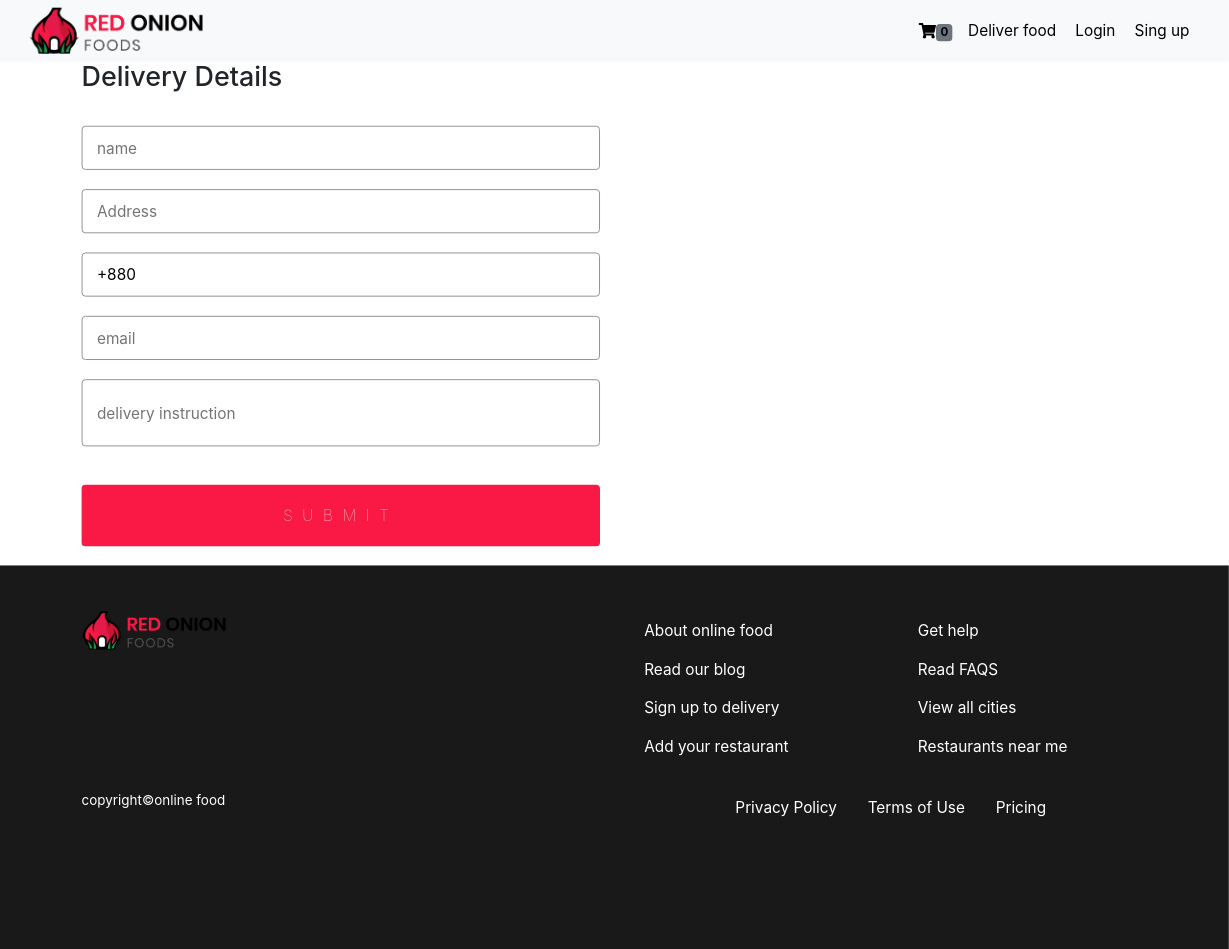
Repository: arif286/red-onion-client
Page: /cart
These files come from the project's save history. The page is drawn as it stood at one moment and after the next save; the edit follows.
The browser window is 1280 px wide. The pictures show the whole page, at 96% of full size.
The project was rebuilt for these pictures with package versions that can differ from the ones it lists, and the page was loaded fresh each time. Some packages were replaced by stand-ins written for this rebuild. Also part of the build but not shown: src/App.css, src/components/SearchBar/SearchBar.css, src/components/SearchBar/SearchBar.js, src/components/FoodDetails/FoodDetail.css, src/components/FoodDetails/FoodDetail.js, src/components/DeliveryFood/DeliveryFood.js, src/components/Food/Food.css, src/components/Food/FoodItem.js and 9 more.

Above is the page before, as saved 2021-03-30 16:31:59.

After the next save:
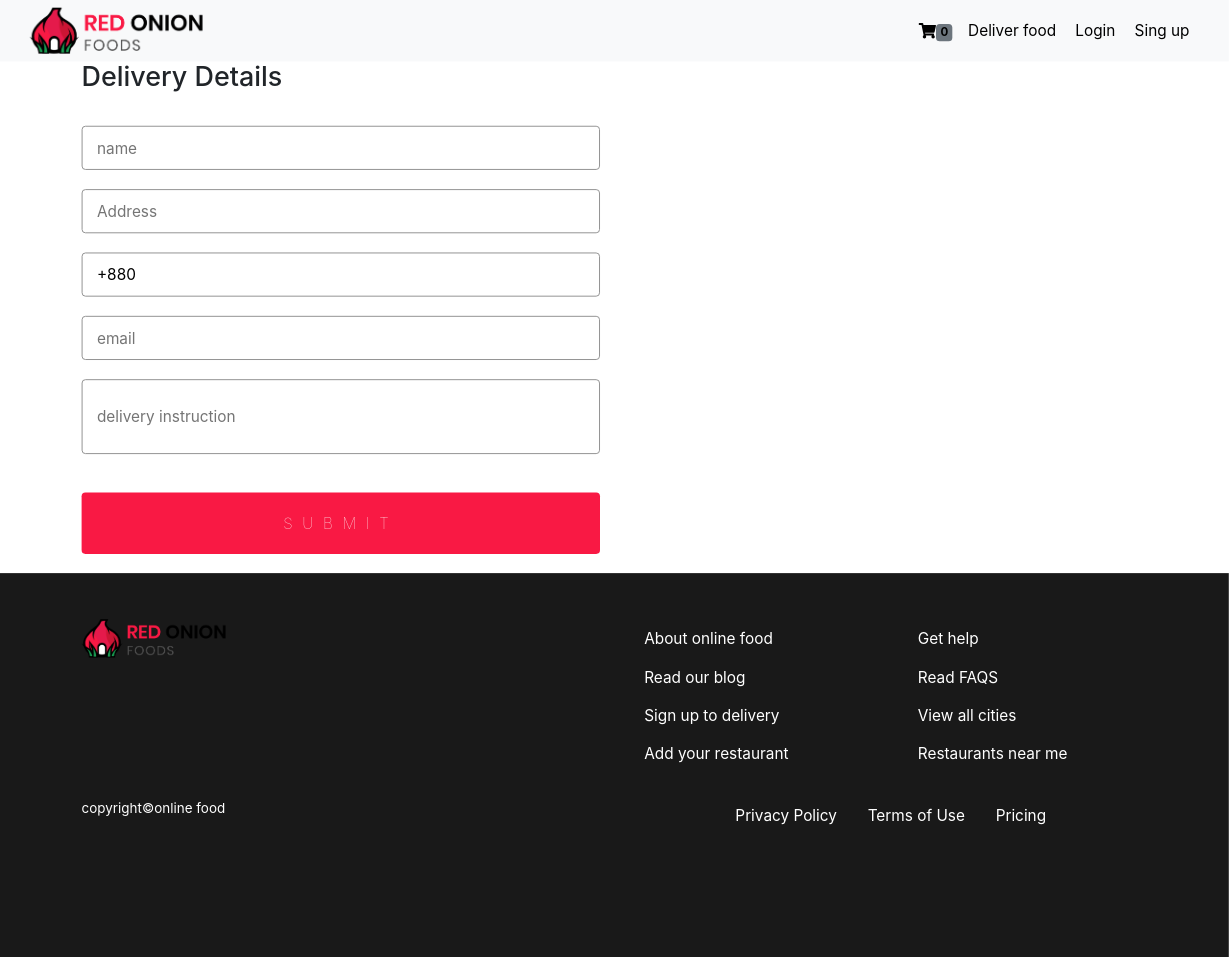
Saved 7 s later.
--- a/src/components/Cart/Cart.css
+++ b/src/components/Cart/Cart.css
@@ -11,7 +11,7 @@
   margin-top: 25px;
 }
 .delivery-form input:nth-child(5) {
-  line-height: 3;
+  line-height: 3.5;
 }
 .delivery-form p {
   color: #bf1650;
